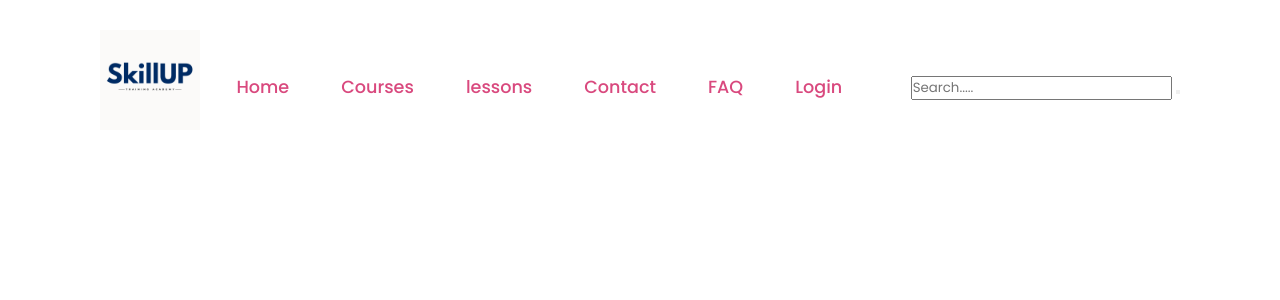
Repository: 2tzz/SkillUp-Academy
Page: home.html
An editor plug-in stored every save of this project. The page is shown before and after the next save, followed by the edit.
The browser window is 1280 px wide. The pictures show the whole page.
Some web fonts or font styles are not loaded; a fallback is used.

Above is the page before, as saved 2022-10-22 12:19:43.

### home.html
<!DOCTYPE html>
<html lang="en" dir="ltr">
  <head>
    <meta charset="utf-8">
    <title>Website Landing Page | With Loading Effects and Scrolling Effects</title>
    <link rel="stylesheet" href="/CSS/home.css">
  </head>
  <body>

    <header>
      <a href="#" class="logo" >
        <img src="Img/SkillUP light.png" width="100px" height="100px" alt="Academy logo"/>
      </a>
      <nav>
        <a href="#" class="active">Home</a>
        <a href="CourseHome.html">Courses</a>
        <a href="Lessons.html">lessons</a>
        <a href="Contact.html">Contact</a>
        <a href="FAQ.html">FAQ</a>
        <a href="login.html">Login</a>
        <a href="javascript:void(0);" class="icon" onclick="myFunction()">
        <i class="fa fa-bars"></i></a>
      </nav>
      <search_bar>
            <form class="search">
                <input type="text" placeholder="Search....." class="input">
            <button type="submit" class="button">
                <i class="ri-search-2-line"></i>
            </button>
        </form>
      </search_bar>
    </header>

    <script src="/JS/home.js"></script>
  </body>
</html>

### CSS/home.css
@import url('https://fonts.googleapis.com/css2?family=Poppins:wght@100;200;300;400;500;600;700;800;900&display=swap');
@import url('https://fonts.googleapis.com/css2?family=Kaushan+Script&display=swap');

*{
  margin: 0;
  padding: 0;
  box-sizing: border-box;
  font-family: "Poppins", sans-serif;
  scroll-behavior: smooth;
}

body{
  min-height: 100vh;
  overflow-x: hidden;
}

header{
  z-index: 999;
  position: absolute;
  top: 0;
  left: 0;
  width: 100%;
  padding: 30px 100px;
  display: flex;
  justify-content: space-between;
  align-items: center;
}

header .logo{
  font-size: 2em;
  text-transform: uppercase;
  font-weight: 800;
  text-decoration: none;
  background: linear-gradient(to right, #d7487e, #ea6360);
  -webkit-background-clip: text;
  -webkit-text-fill-color: transparent;
}

header nav{
  display: flex;
  justify-content: center;
  align-items: center;
}

header nav a{
  color: #d9497e;
  font-size: 1.1em;
  font-weight: 500;
  text-decoration: none;
  margin-left: 20px;
  padding: 5px 16px;
  border-radius: 20px;
  transition: 0.3s;
  transition-property: background, color;
}

header nav a:hover{
  background: linear-gradient(to bottom, #d94a7f, #fe9261);
  color: #fff;
}

.home{
  position: relative;
  width: 100%;
  height: 100vh;
  padding: 100px;
  display: flex;
  justify-content: center;
  align-items: center;
  flex-direction: column;
}

.home:before{
  content: '';
  z-index: 10;
  position: absolute;
  width: 100%;
  height: 80px;
  background: linear-gradient(to top, #722d59, transparent);
  bottom: 0;
}

.info{
  z-index: 8;
  display: flex;
  justify-content: center;
  align-items: center;
  flex-direction: column;
  transform: translateY(200px);
  opacity: 0;
  transition: 0.6s;
}

.info .title{
  font-family: 'Kaushan Script', cursive;
  font-size: 9em;
  background: linear-gradient(to right, #d7487e, #ea6360);
  -webkit-background-clip: text;
  -webkit-text-fill-color: transparent;
  width: 360px;
  height: 215px;
  margin-bottom: 30px;
}

.info .paragraph{
  color: #19628b;
  font-size: 1.2em;
  width: 50%;
  margin-bottom: 40px;
}

.info .btn{
  font-size: 1.3em;
  font-weight: 500;
  text-decoration: none;
  background: linear-gradient(to bottom, #d94a7f, #fe9261);
  color: #fff;
  padding: 10px 35px;
  border-radius: 5px;
  transition: 0.3s;
}

.info .btn:hover{
  transform: scale(1.05);
}

.home img{
  position: absolute;
  top: 0;
  left: 0;
  width: 100%;
  height: 100%;
  object-fit: cover;
  pointer-events: none;
}

.content{
  z-index: 10;
  position: relative;
  padding: 90px 100px;
  background: #722d59;
}

.content h2{
  color: #fff;
  font-size: 3em;
  font-weight: 700;
  margin-bottom: 10px;
}

.content p{
  color: #fff;
  font-size: 1em;
}

.pyramids{
  z-index: 9;
  transform: translateX(-600px);
  transition: 0.8s;
}

.palace{
  z-index: 9;
  transform: translateX(600px);
  transition: 0.8s;
}

.logo, nav{
  transform: translateY(-70px);
  transition: 0.8s;
}

### JS/home.js

const logo = document.querySelector(".logo");
const nav = document.querySelector("nav");
const search_bar=document.querySelector("search_bar");

//reveal elements on page loading
window.addEventListener("load", () => {
  logo.style.transform = "translateY(0)";
  nav.style.transform = "translateY(0)";
  search_bar.style.transform ="translateY(0)";
});

 //scrolling effects on website elements
 window.addEventListener("scroll", () => {
    const scrollVal = window.scrollY;
  });

After the next save:
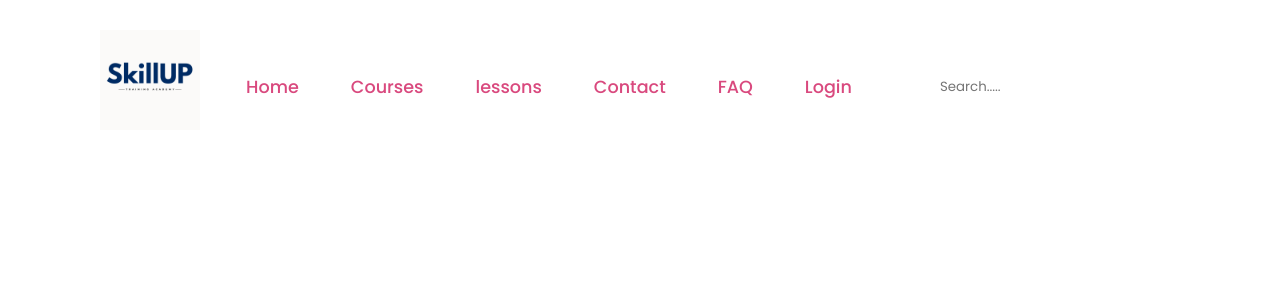
Saved 3 min 11 s later.
--- a/CSS/home.css
+++ b/CSS/home.css
@@ -80,49 +80,6 @@ header nav a:hover{
   bottom: 0;
 }
 
-.info{
-  z-index: 8;
-  display: flex;
-  justify-content: center;
-  align-items: center;
-  flex-direction: column;
-  transform: translateY(200px);
-  opacity: 0;
-  transition: 0.6s;
-}
-
-.info .title{
-  font-family: 'Kaushan Script', cursive;
-  font-size: 9em;
-  background: linear-gradient(to right, #d7487e, #ea6360);
-  -webkit-background-clip: text;
-  -webkit-text-fill-color: transparent;
-  width: 360px;
-  height: 215px;
-  margin-bottom: 30px;
-}
-
-.info .paragraph{
-  color: #19628b;
-  font-size: 1.2em;
-  width: 50%;
-  margin-bottom: 40px;
-}
-
-.info .btn{
-  font-size: 1.3em;
-  font-weight: 500;
-  text-decoration: none;
-  background: linear-gradient(to bottom, #d94a7f, #fe9261);
-  color: #fff;
-  padding: 10px 35px;
-  border-radius: 5px;
-  transition: 0.3s;
-}
-
-.info .btn:hover{
-  transform: scale(1.05);
-}
 
 .home img{
   position: absolute;
@@ -134,38 +91,59 @@ header nav a:hover{
   pointer-events: none;
 }
 
-.content{
-  z-index: 10;
-  position: relative;
-  padding: 90px 100px;
-  background: #722d59;
-}
-
-.content h2{
-  color: #fff;
-  font-size: 3em;
-  font-weight: 700;
-  margin-bottom: 10px;
-}
-
-.content p{
-  color: #fff;
-  font-size: 1em;
-}
-
-.pyramids{
-  z-index: 9;
-  transform: translateX(-600px);
-  transition: 0.8s;
-}
-
-.palace{
-  z-index: 9;
-  transform: translateX(600px);
-  transition: 0.8s;
-}
 
 .logo, nav{
   transform: translateY(-70px);
   transition: 0.8s;
 }
+
+/* Search box */
+.search{
+    float: right;
+    position: relative;
+    height: 30px;
+    width: 250px;
+    background-color: rgb(255, 255, 255);
+    backdrop-filter: blur(2rem);
+    display: flex;
+    justify-content: flex-end;
+    border: #a11d1d;
+}
+.search::before{
+    content: "";
+    position: absolute;
+    left: 0;
+    bottom: 0;
+    width: 100%;
+    height: 2px;
+    background: #c52520;
+    transform: scaleX(0);
+    transform-origin: center;
+    transform-origin: left;
+    transition: transform .25s ;
+}
+.search:focus-within::before{
+    transform: scale(1);
+}
+.search input,
+.search button{
+    border: none;
+    outline: none;
+    background-color: transparent;
+    color: #8e8e8e;
+}
+.input{
+    width: 100%;
+    padding: 10px;
+}
+.button{
+    display: grid;
+    place-items: center;
+    width: 50px;
+    font-size: 20px;
+    cursor: pointer;
+    transition: color .25s;
+}
+.button:hover{
+    background: #0170f0;
+  }
